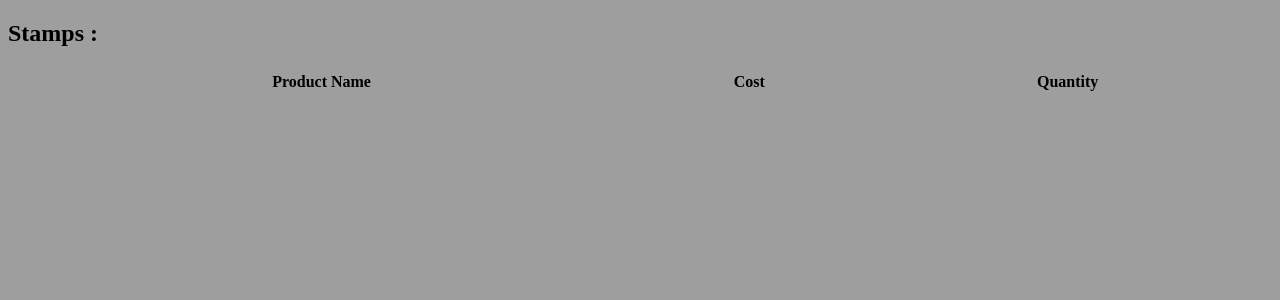
Repository: pratikmathur279/E-Postal-Services-1
Page: http://localhost/Project/mobilecard_catalog.jsp
An editor plug-in stored every save of this project. The page is shown before and after the next save, followed by the edit.
The browser window is 1280 px wide. The pictures show the whole page.
The page is served by Tomcat 9. Other server files are loaded and not shown. Queries for data that is not in the repository find no rows.

Above is the page before, as saved 2014-07-29 07:01:36.

### Project/WebContent/mobilecard_catalog.jsp
<%@page import="java.sql.SQLException"%>
<%@ page language="java" contentType="text/html; charset=ISO-8859-1"
    pageEncoding="ISO-8859-1"%>
<!DOCTYPE html PUBLIC "-//W3C//DTD HTML 4.01 Transitional//EN" "http://www.w3.org/TR/html4/loose.dtd">
<html>
<head>
<meta http-equiv="Content-Type" content="text/html; charset=ISO-8859-1">
<title>E-Postal Services</title>
<%@ page import="java.io.*" %>
<%@ page import="java.sql.*" %>
</head>
<body background="E:\Project\background_home.jpg">
	<h2>Stamps : </h2>
	<table cellpadding="4" width="100%">
	<tr align="center" >
	<th>Product Name</th>
	<th>Cost</th>
	<th>Quantity</th>
	</tr>
<%
try
{
	Class.forName("com.ibm.db2.jcc.DB2Driver");
	Connection con=DriverManager.getConnection("jdbc:db2://localhost:50000/POSTALSE","PRATI_000","FCBarcelona10");

	String string="select * from stampproductdetails";
	PreparedStatement ps=con.prepareStatement(string);
	ResultSet rs=ps.executeQuery();
	while(rs.next())
	{
	%>
	<tr>

		<td align="center"><%=rs.getString("PRODUCTNAME") %></td>
		<td align="center">Rs. <%=rs.getString("Cost") %></td>
		<td align="center">Enter Quantity : <input type="text" value="" name="quantity"></td>
	</tr>
		<%
	}
}
catch(SQLException e)
{
	e.printStackTrace();
}
catch(ClassNotFoundException e)
{
	e.printStackTrace();
}
%>
</table>
</body>
</html>

After the next save:
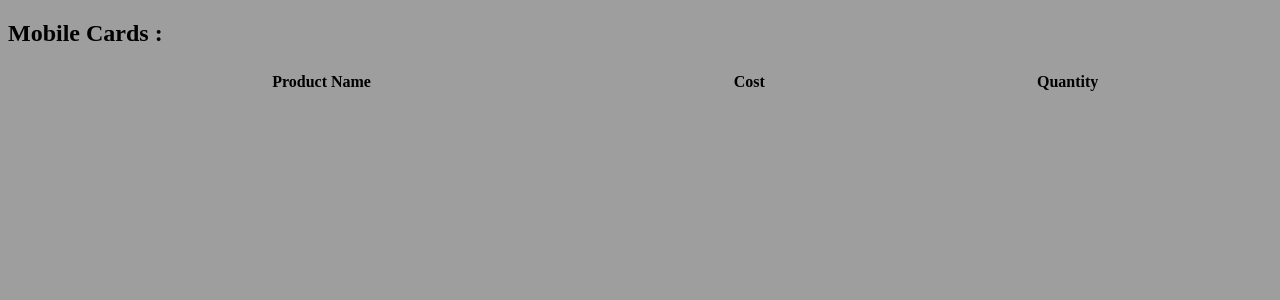
Saved 29 s later.
--- a/Project/WebContent/mobilecard_catalog.jsp
+++ b/Project/WebContent/mobilecard_catalog.jsp
@@ -10,7 +10,7 @@
 <%@ page import="java.sql.*" %>
 </head>
 <body background="E:\Project\background_home.jpg">
-	<h2>Stamps : </h2>
+	<h2>Mobile Cards : </h2>
 	<table cellpadding="4" width="100%">
 	<tr align="center" >
 	<th>Product Name</th>
